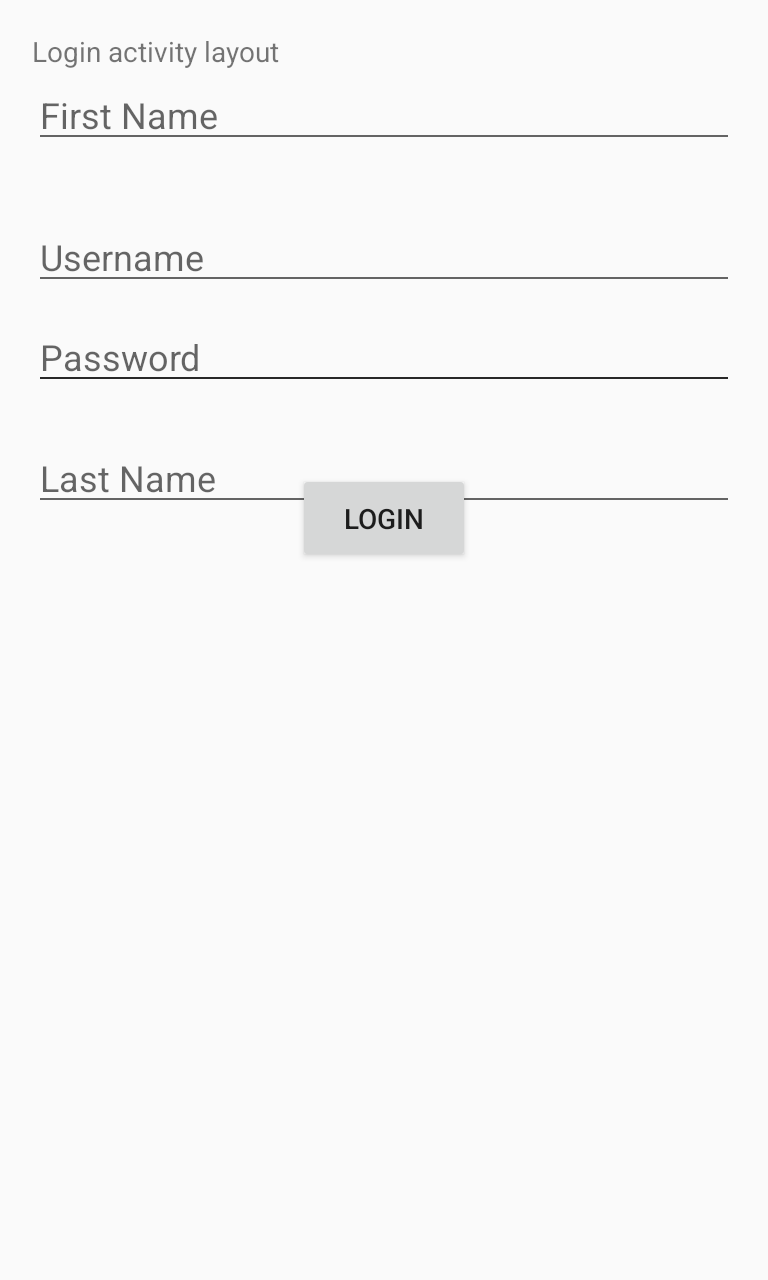
Repository: morgancundiff/TrollApp
Layout: Troll/res/layout/signup_layout.xml
These files come from the project's save history. The layout is drawn as it stood at one moment and after the next save; the edit follows.
It is drawn on a 768 x 1280 px phone screen (xhdpi) without system bars, with theme AppTheme; the app's code is not run.

Above is the layout before, as saved 2014-05-29 19:08:05.

### Troll/res/layout/signup_layout.xml
<?xml version="1.0" encoding="utf-8"?>
<RelativeLayout xmlns:android="http://schemas.android.com/apk/res/android"
    xmlns:tools="http://schemas.android.com/tools"
    android:layout_width="match_parent"
    android:layout_height="match_parent"
    android:paddingBottom="@dimen/activity_vertical_margin"
    android:paddingLeft="@dimen/activity_horizontal_margin"
    android:paddingRight="@dimen/activity_horizontal_margin"
    android:paddingTop="@dimen/activity_vertical_margin"
    tools:context=".LoginActivity" >

    <TextView
        android:id="@+id/textView1"
        android:layout_width="wrap_content"
        android:layout_height="wrap_content"
        android:layout_alignParentLeft="true"
        android:layout_alignParentRight="true"
        android:text="Login activity layout" />


        <EditText
        android:id="@+id/SignupFirstName"
        android:layout_height="wrap_content"
        android:hint="First Name"
        android:inputType="textPersonName"
        android:layout_below="@+id/textView1"
        android:layout_width="fill_parent">
        </EditText>

        <EditText
        android:id="@+id/SignupLastName"
        android:layout_height="wrap_content"
        android:hint="Last Name"
        android:inputType="textPersonName"
        android:layout_below="@+id/SignupFirstName"
        android:layout_marginTop="140dp"
        android:layout_width="fill_parent">
        </EditText>

                           <EditText
        android:id="@+id/SignupEmail"
        android:layout_height="wrap_content"
        android:inputType="textEmailAddress"
        android:layout_marginTop="140dp"
        android:layout_width="fill_parent">
        </EditText>

    <EditText
        android:id="@+id/SignupUserName"
        android:layout_height="wrap_content"
        android:hint="Username"
        android:inputType="textPersonName"
        android:layout_marginTop="90dp"
        android:layout_width="fill_parent">
    </EditText>

    <EditText
        android:id="@+id/SignupPassword"
        android:layout_height="wrap_content"
        android:hint="Password"
        android:inputType="textPassword"
        android:layout_marginTop="140dp"
        android:layout_width="fill_parent">
    </EditText>



    <Button
        android:id="@+id/loginBtn"
        android:layout_width="wrap_content"
        android:layout_height="wrap_content"
        android:layout_below="@+id/textView1"
        android:layout_centerHorizontal="true"
        android:layout_marginTop="200dp"
        android:text="Login" />

</RelativeLayout>

Loaded but not shown: Troll/res/values/styles.xml (common file); Troll/res/values-v11/styles.xml (common file); Troll/res/values-v14/styles.xml (common file); Troll/res/values/dimens.xml (common file); Troll/res/values-w820dp/dimens.xml (common file)

After the next save:
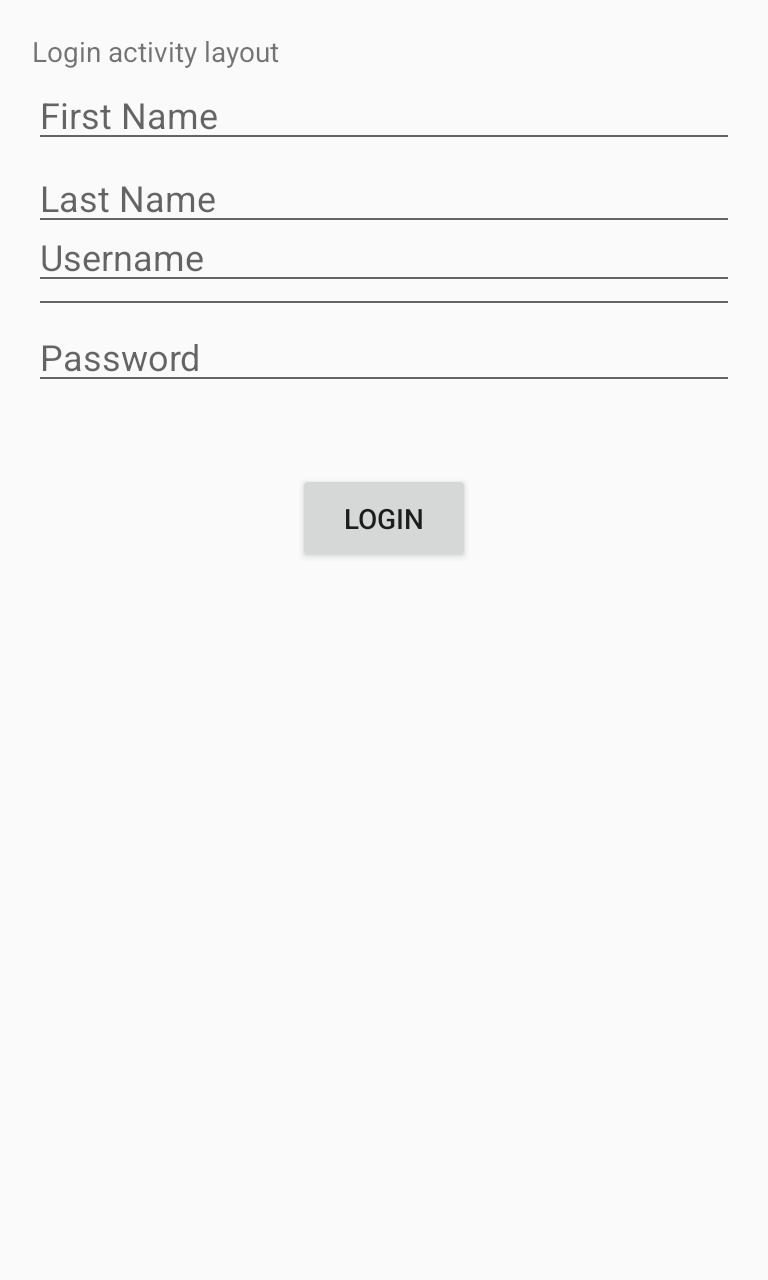
Saved 24 s later.
--- a/Troll/res/layout/signup_layout.xml
+++ b/Troll/res/layout/signup_layout.xml
@@ -33,7 +33,6 @@
         android:hint="Last Name"
         android:inputType="textPersonName"
         android:layout_below="@+id/SignupFirstName"
-        android:layout_marginTop="140dp"
         android:layout_width="fill_parent">
         </EditText>
 
@@ -41,7 +40,7 @@
         android:id="@+id/SignupEmail"
         android:layout_height="wrap_content"
         android:inputType="textEmailAddress"
-        android:layout_marginTop="140dp"
+        android:layout_below="@+id/SignupLastName"
         android:layout_width="fill_parent">
         </EditText>
 
